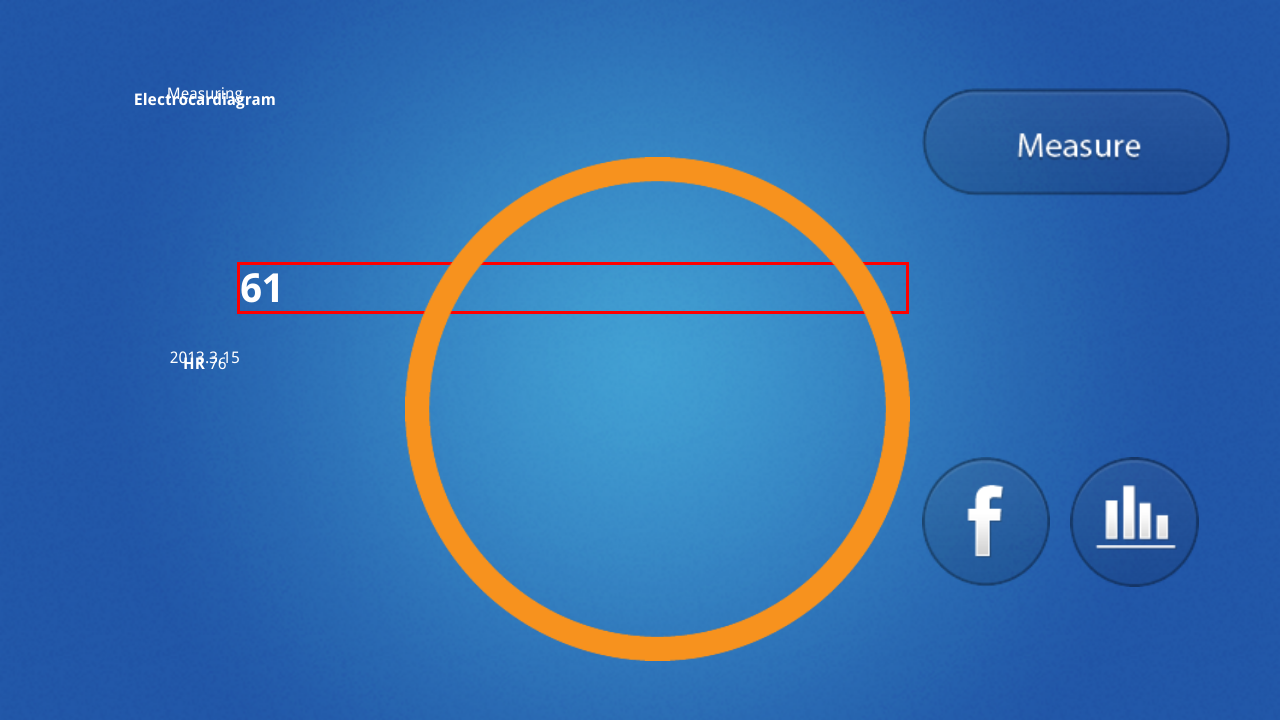
Repository: chouwill79131/IEcontest
Page: BluetoothChat/assets/complete.html
An editor plug-in stored every save of this project. The page is shown before and after the next save, followed by the edit.
The browser window is 1280 px wide. The pictures show the whole page.

Above is the page before, as saved 2013-03-08 18:05:08.
Console error: TypeError: Cannot set properties of null (setting 'innerHTML')

After the next save:
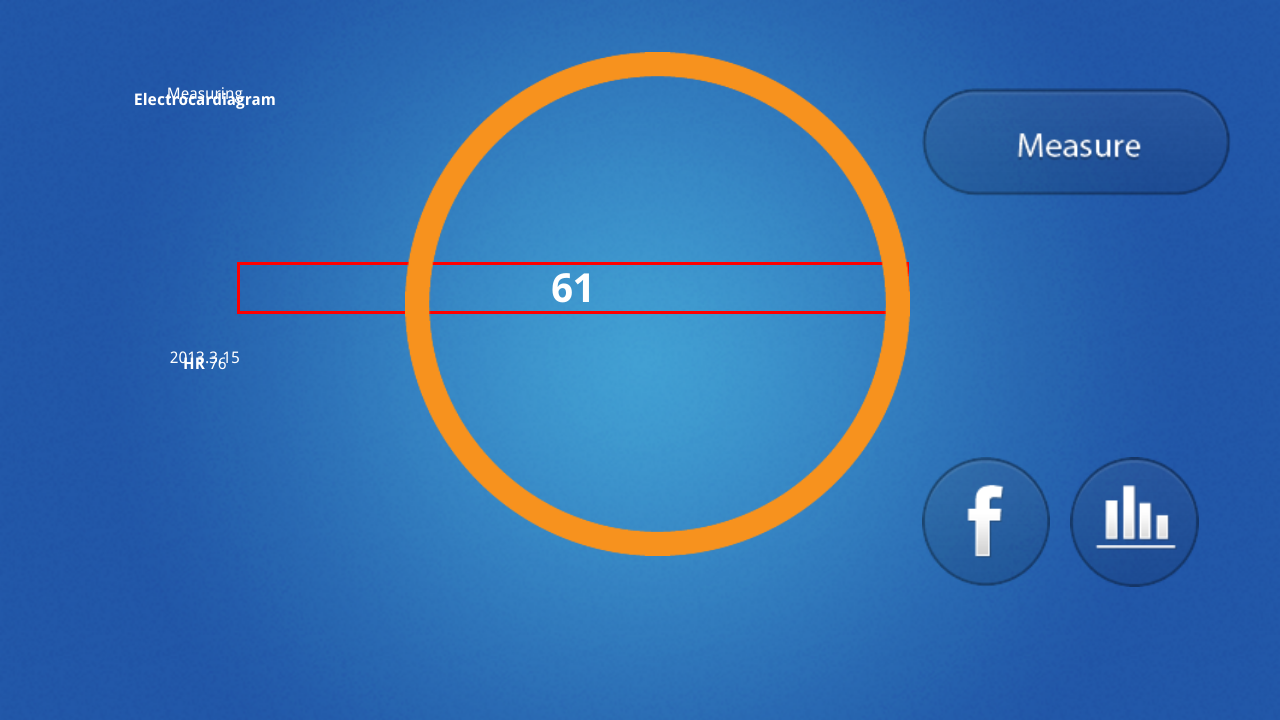
Saved 42 s later.
--- a/BluetoothChat/assets/complete.css
+++ b/BluetoothChat/assets/complete.css
@@ -23,8 +23,8 @@ body { margin:0; padding:0;}
 
 .mid { width: 41%; }
 .circle { width: auto; height:70%; margin-left: 4%; }
-.score { border:solid red ; color:white;margin-top:50%; z-index: 1;  margin-left:-28% ; font-family: DroidSans-Bold ;font-size: 30pt;}
-.circle { margin-top: -30%; z-index: 2; }
+.score { text-align: center;border:solid red ; color:white;margin-top:50%; z-index: 1;  margin-left:-28% ; font-family: DroidSans-Bold ;font-size: 30pt;}
+.circle { margin-top: -50%; z-index: 2; }
 
 .right { width: 29%; }
 .right button { float: left; border: none; background: transparent; }
